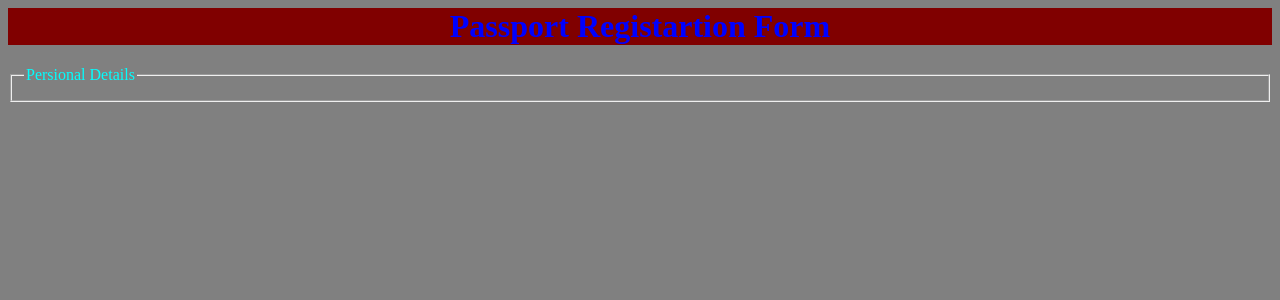
Repository: ShekharSudhansu/PHONEBOOK-APP-H2
Page: http://localhost/04PassportRegistrationApplication/views/persionaldetailsForm.jsp
The author's editor kept a copy of each file at every save. The page is drawn from the files as they stood at one save, then again after the next save.
The browser window is 1280 px wide. The pictures show the whole page.
The page is served by Tomcat 9.

Above is the page before, as saved 2020-01-07 06:14:51.

After the next save:
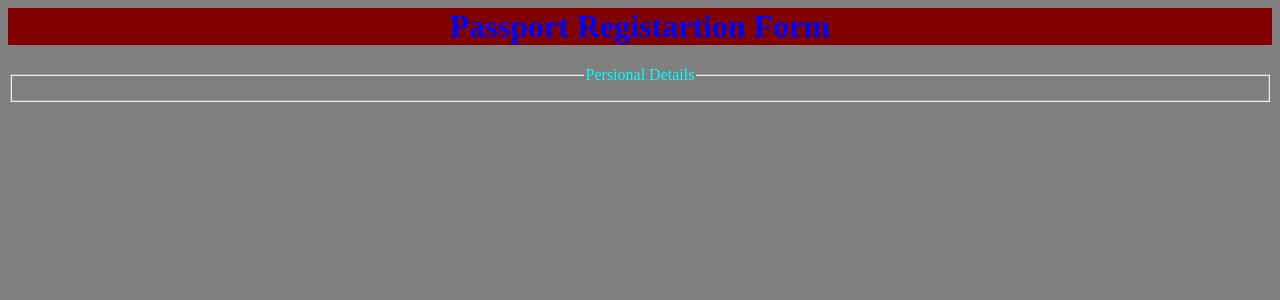
Saved 7 s later.
--- a/04PassportRegistrationApplication/src/main/webapp/views/persionaldetailsForm.jsp
+++ b/04PassportRegistrationApplication/src/main/webapp/views/persionaldetailsForm.jsp
@@ -3,7 +3,7 @@
  <body style="background-color:#808080">
  	<h1 style="color:#0000FF;text-align: center;background-color: #800000">Passport Registartion Form</h1>
  	<fieldset>
- 		<legend style="color: cyan">Persional Details</legend>
+ 		<legend style="color: cyan;text-align: center">Persional Details</legend>
  	</fieldset>
 
  </body>
